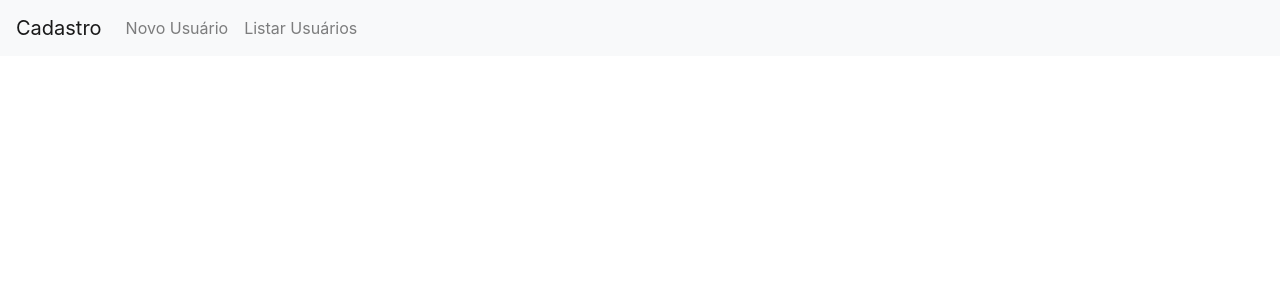
Repository: stefanosousaa/crud-php
Page: http://localhost/?page=novo
The author's editor kept a copy of each file at every save. The page is drawn from the files as they stood at one save, then again after the next save.
The browser window is 1280 px wide. The pictures show the whole page.
The page is run by PHP 8.4 with error messages shown; the project is at /var/www/html/.

Above is the page before, as saved 2023-05-24 18:58:13.

### index.php
<!DOCTYPE html>
<html lang="pt-br">
  <head>
    <!-- Meta tags Obrigatórias -->
    <meta charset="utf-8">
    <meta name="viewport" content="width=device-width, initial-scale=1, shrink-to-fit=no">

    <!-- Bootstrap CSS -->
    <link rel="stylesheet" href="https://stackpath.bootstrapcdn.com/bootstrap/4.1.3/css/bootstrap.min.css" integrity="sha384-MCw98/SFnGE8fJT3GXwEOngsV7Zt27NXFoaoApmYm81iuXoPkFOJwJ8ERdknLPMO" crossorigin="anonymous">

    <title>Olá, mundo!</title>
  </head>
  <body>
  <nav class="navbar navbar-expand-lg navbar-light bg-light">
  <a class="navbar-brand" href="#">Cadastro</a>
  <button class="navbar-toggler" type="button" data-toggle="collapse" data-target="#navbarNav" aria-controls="navbarNav" aria-expanded="false" aria-label="Alterna navegação">
    <span class="navbar-toggler-icon"></span>
  </button>
  <div class="collapse navbar-collapse" id="navbarNav">
    <ul class="navbar-nav">
      <li class="nav-item">
        <a class="nav-link" href="#">Novo Usuário </a>
      </li>
      <li class="nav-item">
        <a class="nav-link" href="#">Listar Usuários</a>
      </li>

    </ul>
  </div>
</nav>









    <!-- JavaScript (Opcional) -->
    <!-- jQuery primeiro, depois Popper.js, depois Bootstrap JS -->
    <script src="https://code.jquery.com/jquery-3.3.1.slim.min.js" integrity="sha384-q8i/X+965DzO0rT7abK41JStQIAqVgRVzpbzo5smXKp4YfRvH+8abtTE1Pi6jizo" crossorigin="anonymous"></script>
    <script src="https://cdnjs.cloudflare.com/ajax/libs/popper.js/1.14.3/umd/popper.min.js" integrity="sha384-ZMP7rVo3mIykV+2+9J3UJ46jBk0WLaUAdn689aCwoqbBJiSnjAK/l8WvCWPIPm49" crossorigin="anonymous"></script>
    <script src="https://stackpath.bootstrapcdn.com/bootstrap/4.1.3/js/bootstrap.min.js" integrity="sha384-ChfqqxuZUCnJSK3+MXmPNIyE6ZbWh2IMqE241rYiqJxyMiZ6OW/JmZQ5stwEULTy" crossorigin="anonymous"></script>
  </body>
</html>

After the next save:
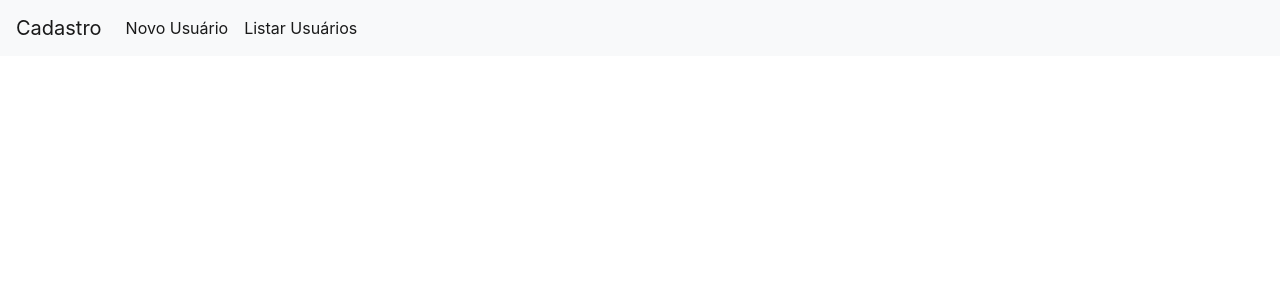
Saved 19 s later.
--- a/index.php
+++ b/index.php
@@ -18,10 +18,10 @@
   </button>
   <div class="collapse navbar-collapse" id="navbarNav">
     <ul class="navbar-nav">
-      <li class="nav-item">
+      <li class="nav-item active">
         <a class="nav-link" href="#">Novo Usuário </a>
       </li>
-      <li class="nav-item">
+      <li class="nav-item active">
         <a class="nav-link" href="#">Listar Usuários</a>
       </li>
 
